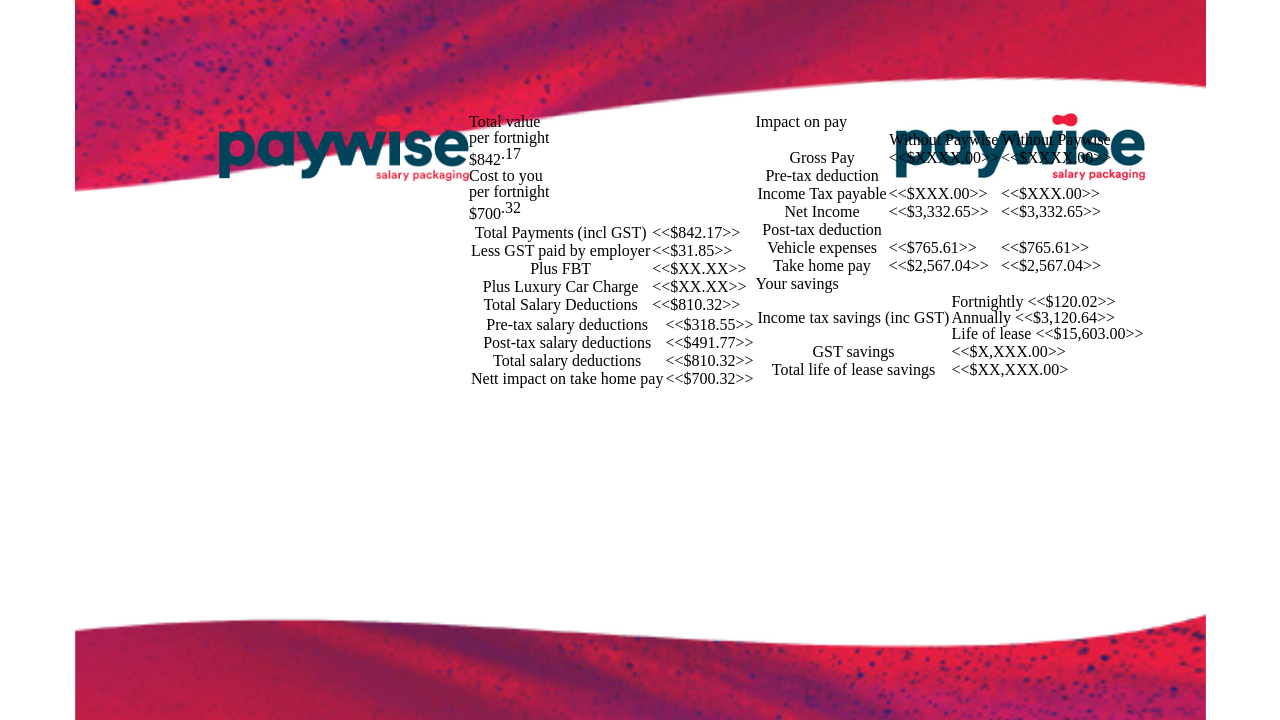
Repository: hoangtubest/novated-phong
Page: 2.html
These files come from the project's save history. The page is drawn as it stood at one moment and after the next save; the edit follows.
The browser window is 1280 px wide. The pictures show the whole page.
The style sheet was rebuilt from its Sass, Less or Tailwind sources for each picture, by a compiler version that may differ from the author's.

Above is the page before, as saved 2023-10-18 15:16:08.

### 2.html
<!DOCTYPE html>
<html lang="en">

<head>
  <meta charset="UTF-8">
  <meta name="viewport" content="width=device-width, initial-scale=1.0">
  <title>2</title>
  <link rel="stylesheet" href="./css/styles.css">
</head>

<body>
  <div class="wrapper">
    <div class="wrapper-inner wrapper-inner--v2">
      <div class="header">
        <div class="header-logo">
          <h1><img src="./images/logo.png" alt="paywise salary packaging"></h1>
        </div>
        <div class="pw-2-price">
          <div class="pw-2-price__inner">
            <div class="pw-2-value-cost">
              <div class="pw-2-value-cost__row">
                <div class="pw-2-value-cost__col">
                  <dl>
                    <dt>Total value <br>per fortnight</dt>
                    <dd>$842<sup>.17</sup></dd>
                  </dl>
                </div>
                <div class="pw-2-value-cost__col">
                  <dl>
                    <dt>Cost to you <br>per fortnight</dt>
                    <dd>$700<sup>.32</sup></dd>
                  </dl>
                </div>
              </div>
            </div>
            <div class="pw-2-tax">
              <div class="pw-2-tax__row">
                <div class="pw-2-tax__col">
                  <table>
                    <tbody>
                      <tr>
                        <th>Total Payments (incl GST)</th>
                        <td>
                          <<$842.17>>
                        </td>
                      </tr>
                      <tr>
                        <th>Less GST paid by employer</th>
                        <td>
                          <<$31.85>>
                        </td>
                      </tr>
                      <tr>
                        <th>Plus FBT</th>
                        <td>
                          <<$XX.XX>>
                        </td>
                      </tr>
                      <tr>
                        <th>Plus Luxury Car Charge</th>
                        <td>
                          <<$XX.XX>>
                        </td>
                      </tr>
                      <tr>
                        <th>Total Salary Deductions</th>
                        <td>
                          <<$810.32>>
                        </td>
                      </tr>
                    </tbody>
                  </table>
                </div>
                <div class="pw-2-tax__col">
                  <table>
                    <tbody>
                      <tr>
                        <th>Pre-tax salary deductions</th>
                        <td>
                          <<$318.55>>
                        </td>
                      </tr>
                      <tr>
                        <th>Post-tax salary deductions</th>
                        <td>
                          <<$491.77>>
                        </td>
                      </tr>
                      <tr>
                        <th>Total salary deductions</th>
                        <td>
                          <<$810.32>>
                        </td>
                      </tr>
                      <tr>
                        <th>Nett impact on take home pay</th>
                        <td>
                          <<$700.32>>
                        </td>
                      </tr>
                    </tbody>
                  </table>
                </div>
              </div>
            </div>
          </div>
        </div>
        <div class="pw-2-info">
          <div class="pw-2-info__row">
            <div class="pw-2-info__col">
              <h2 class="pw-2-info__title">Impact on pay</h2>
              <div class="pw-2-info__content">
                <table class="table-01">
                  <thead>
                    <tr>
                      <th>&nbsp;</th>
                      <th>Without Paywise</th>
                      <th>Without Paywise</th>
                    </tr>
                  </thead>
                  <tbody>
                    <tr>
                      <th>Gross Pay</th>
                      <td>
                        <<$XXXX.00>>
                      </td>
                      <td>
                        <<$XXXX.00>>
                      </td>
                    </tr>
                    <tr>
                      <th>Pre-tax deduction</th>
                      <td>&nbsp;</td>
                      <td>&nbsp;</td>
                    </tr>
                    <tr>
                      <th>Income Tax payable</th>
                      <td>
                        <<$XXX.00>>
                      </td>
                      <td>
                        <<$XXX.00>>
                      </td>
                    </tr>
                    <tr>
                      <th>Net Income</th>
                      <td>
                        <<$3,332.65>>
                      </td>
                      <td>
                        <<$3,332.65>>
                      </td>
                    </tr>
                    <tr>
                      <th>Post-tax deduction</th>
                      <td>&nbsp;</td>
                      <td>&nbsp;</td>
                    </tr>
                    <tr>
                      <th>Vehicle expenses</th>
                      <td>
                        <<$765.61>>
                      </td>
                      <td>
                        <<$765.61>>
                      </td>
                    </tr>
                    <tr>
                      <th>Take home pay</th>
                      <td>
                        <<$2,567.04>>
                      </td>
                      <td>
                        <<$2,567.04>>
                      </td>
                    </tr>
                  </tbody>
                </table>
              </div>
            </div>
            <div class="pw-2-info__col">
              <h2 class="pw-2-info__title">Your savings</h2>
              <div class="pw-2-info__content">
                <table class="table-01">
                  <tbody>
                    <tr>
                      <th>Income tax savings <em>(inc GST)</em></th>
                      <td>
                        <p><em>Fortnightly</em>
                          <<$120.02>>
                        </p>
                        <p><em>Annually</em>
                          <<$3,120.64>>
                        </p>
                        <p><em>Life of lease</em>
                          <<$15,603.00>>
                        </p>
                      </td>
                    </tr>
                    <tr>
                      <th>GST savings</th>
                      <td>
                        <<$X,XXX.00>>
                      </td>
                    </tr>
                    <tr>
                      <th>Total life of lease savings</th>
                      <td>
                        <<$XX,XXX.00>
                      </td>
                    </tr>
                  </tbody>
                </table>
              </div>
            </div>
          </div>
        </div>
      </div>
    </div>
  </div>
</body>

</html>

### css/styles.scss
*,
*:before,
*:after {
  box-sizing: border-box;
}

* {
  margin: 0;
  padding: 0;
  font: inherit;
}

img,
picture,
svg,
video {
  display: block;
  max-width: 100%;
}

input,
select,
textarea {
  background-color: transparent;
  outline: none;
}

button {
  cursor: pointer;
  background-color: transparent;
  outline: none;
  border: 0;
}

body {
  min-height: 100vh;
  font-weight: 400;
  font-size: 16px;
  line-height: 1;
}

img {
  vertical-align: bottom;
  max-width: 100%;
  height: auto;
}

.wrapper-inner {
  max-width: 1131px;
  margin: 0 auto;
  position: relative;
  min-height: 100vh;

  &::before,
  &::after {
    position: absolute;
    left: 0;
    width: 100%;
    content: "";
    z-index: -1;
    background-size: cover;
  }

  &::before {
    top: 0;
    height: 192px;
    background-position: bottom center;
  }

  &::after {
    bottom: 0;
    height: 136px;
    background-position: top center;
  }

  &--v1 {
    &::before {
      background-image: url("../images/pattern_01_v1.png");
    }

    &::after {
      background-image: url("../images/pattern_02_v1.png");
    }
  }

  &--v2 {
    &::before {
      background-image: url("../images/pattern_01_v2.png");
    }

    &::after {
      background-image: url("../images/pattern_02_v2.png");
    }

    .header {
      display: flex;
      justify-content: flex-end;
    }
  }
}

.header {
  padding: 114px 60px 0;
}

.header-logo {
  width: 250px;
}

.pw-1-feature {
  padding: 60px 30px 25px;

  &__row {
    display: flex;
    gap: 13px;
  }

  &__col {
    width: 25%;
    height: 135px;
    background: url("../images/red-blob.png") no-repeat center center / 100% 100%;
    display: flex;
    align-items: center;

    &:nth-child(2n+1) {
      background-image: url("../images/inverse-blob.png");
    }
  }

  &__content {
    width: 100%;
    color: #fff;
    text-align: right;
    padding-right: 12px;
    ;
  }
}

After the next save:
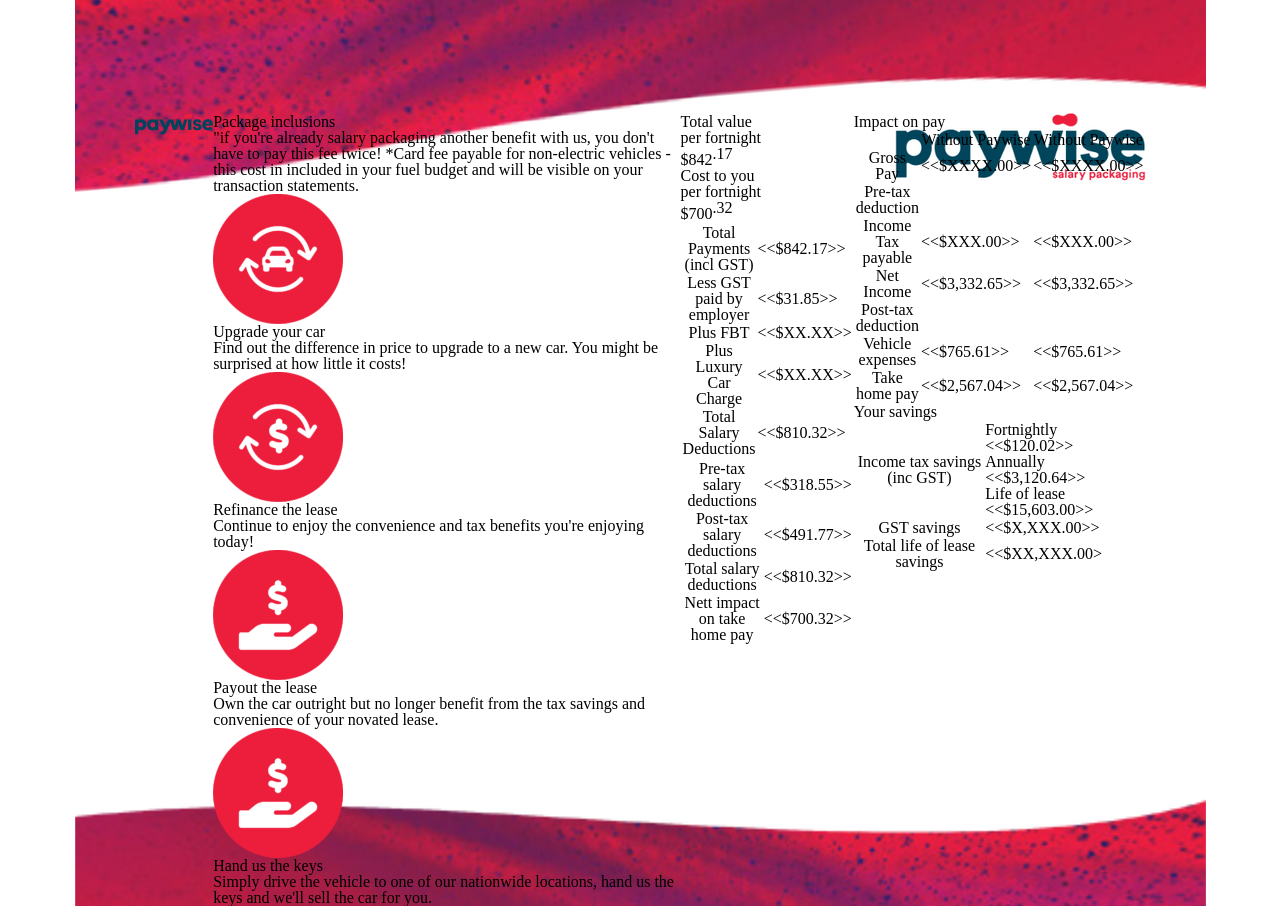
Saved 2 min 25 s later.
--- a/2.html
+++ b/2.html
@@ -15,6 +15,34 @@
         <div class="header-logo">
           <h1><img src="./images/logo.png" alt="paywise salary packaging"></h1>
         </div>
+        <div class="pw-2-package">
+          <div class="container">
+            <h2 class="pw-2-package__title">Package inclusions</h2>
+            <p class="pw-2-package__copy">"if you're already salary packaging another benefit with us, you don't have to pay this fee twice! *Card fee payable for non-electric vehicles - this cost in included in your fuel budget and will be visible on your transaction statements.</p>
+            <div class="pw-2-package__row">
+              <div class="pw-2-package__col">
+                <figure><img src="./images/ico_13.png" alt=""></figure>
+                <h3>Upgrade your car</h3>
+                <p>Find out the difference in price to upgrade to a new car. You might be surprised at how little it costs!</p>
+              </div>
+              <div class="pw-2-package__col">
+                <figure><img src="./images/ico_14.png" alt=""></figure>
+                <h3>Refinance the lease</h3>
+                <p>Continue to enjoy the convenience and tax benefits you're enjoying today!</p>
+              </div>
+              <div class="pw-2-package__col">
+                <figure><img src="./images/ico_15.png" alt=""></figure>
+                <h3>Payout the lease</h3>
+                <p>Own the car outright but no longer benefit from the tax savings and convenience of your novated lease.</p>
+              </div>
+              <div class="pw-2-package__col">
+                <figure><img src="./images/ico_15.png" alt=""></figure>
+                <h3>Hand us the keys</h3>
+                <p>Simply drive the vehicle to one of our nationwide locations, hand us the keys and we'll sell the car for you.</p>
+              </div>
+            </div>
+          </div>
+        </div>
         <div class="pw-2-price">
           <div class="pw-2-price__inner">
             <div class="pw-2-value-cost">
